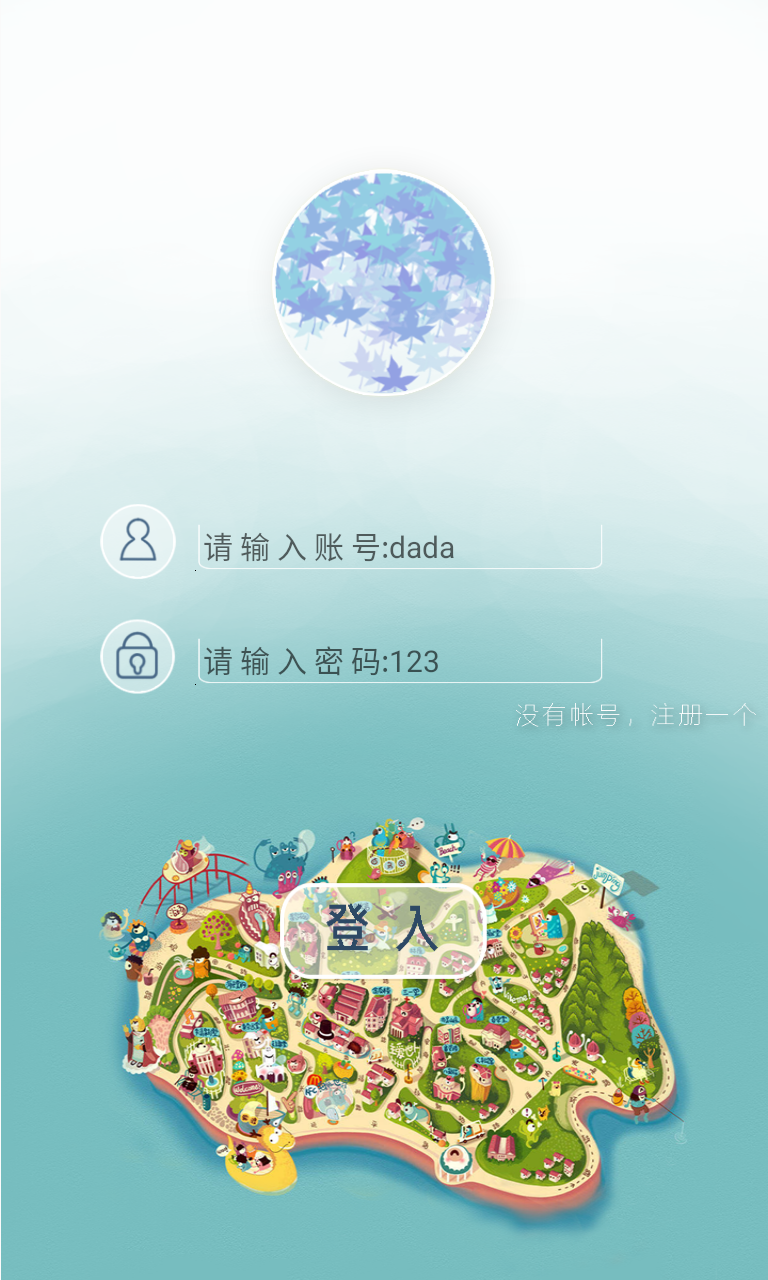
Repository: MinoyJet/Amoy
Layout: beta5/res/layout/login.xml
An editor plug-in stored every save of this project. The layout is shown before and after the next save, followed by the edit.
It is drawn on a 768 x 1280 px phone screen (xhdpi) without system bars, with theme AppTheme; the app's code is not run.

Above is the layout before, as saved 2015-04-24 01:09:05.

### beta5/res/layout/login.xml
<?xml version="1.0" encoding="utf-8"?>
<RelativeLayout xmlns:android="http://schemas.android.com/apk/res/android"
    android:layout_width="match_parent"
    android:layout_height="match_parent"
android:background="@drawable/beijing"
    android:gravity="center_horizontal"
    android:orientation="vertical" >

    <EditText
        android:id="@+id/login_passwd_edit"
        android:layout_width="207dp"
        android:layout_height="24.5dp"
         android:layout_alignParentTop="true"
        android:layout_alignParentLeft="true"
     android:layout_marginTop="318dp"
        android:layout_marginLeft="97.25dp"
        android:background="@drawable/hbkm"
        android:hint=" 请 输 入 密 码:123"
        android:password="true"
        android:singleLine="true"
        android:textColor="#000"
        android:textSize="15sp" />

    <EditText
        android:id="@+id/login_user_edit"
        android:layout_width="207dp"
        android:layout_height="24.5dp"
         android:layout_alignParentTop="true"
        android:layout_alignParentLeft="true"
     android:layout_marginTop="261dp"
        android:layout_marginLeft="97.25dp"
        android:background="@drawable/hbkm"
        android:hint=" 请 输 入 账 号:dada"

        android:singleLine="true"
        android:textColor="#000"
        android:textSize="15sp" />



    <Button
        android:id="@+id/login_login_btn"
        android:layout_width="105dp"
        android:layout_height="49.5dp"
    android:layout_alignParentBottom="true"
        android:layout_centerHorizontal="true"
   android:layout_marginBottom="149.5dp"
        android:background="@drawable/denglu"
        android:onClick="login_xinzou"
        android:textColor="#ffffff"
        android:textSize="18sp" />

    <ImageView
        android:id="@+id/imageView2"
        android:layout_width="40dp"
        android:layout_height="40dp"
        android:layout_alignParentLeft="true"
        android:layout_alignParentTop="true"
        android:layout_marginLeft="49dp"
        android:layout_marginTop="251dp"
        android:src="@drawable/zhanghao" />

    <ImageView
        android:id="@+id/imageView3"
        android:layout_width="40dp"
        android:layout_height="40dp"
        android:layout_alignParentLeft="true"
        android:layout_alignParentTop="true"
                android:layout_marginTop="308dp"

                android:layout_marginLeft="49dp"


        android:src="@drawable/mima" />

    <ImageView
        android:id="@+id/imageView1"
        android:layout_width="wrap_content"
        android:layout_height="wrap_content"
        android:layout_alignParentTop="true"
        android:layout_marginTop="70dp"
android:layout_centerHorizontal="true"
        android:src="@drawable/touxiang2" />

    <RelativeLayout
        android:id="@+id/relativeLayout1"
        android:layout_width="wrap_content"
        android:layout_height="wrap_content"
        android:layout_alignParentRight="true"
        android:layout_below="@+id/imageView3"
        android:layout_marginTop="15dp" >
    </RelativeLayout>

    <Button
        android:id="@+id/forget_passwd"
        android:layout_width="130dp"
        android:layout_height="21.6dp"
        android:layout_alignRight="@+id/relativeLayout1"
        android:layout_below="@+id/imageView3"
        android:background="@drawable/fd"
        android:onClick="login_register"
        android:textColor="#00f"
        android:textSize="16sp" />

</RelativeLayout>

### beta5/res/values/styles.xml
<resources>

    <!--
        Base application theme, dependent on API level. This theme is replaced
        by AppBaseTheme from res/values-vXX/styles.xml on newer devices.
    -->
    <style name="AppBaseTheme" parent="Theme.AppCompat.Light">
           <item name="android:windowIsTranslucent">true</item>
             <item name="android:windowNoTitle">true</item>
        <!--
            Theme customizations available in newer API levels can go in
            res/values-vXX/styles.xml, while customizations related to
            backward-compatibility can go here.
        -->
    </style>

    <!-- Application theme. -->
    <style name="AppTheme" parent="AppBaseTheme">
        <!-- All customizations that are NOT specific to a particular API-level can go here. -->
    </style>

</resources>

### beta5/res/values-v11/styles.xml
<resources>

    <!--
        Base application theme for API 11+. This theme completely replaces
        AppBaseTheme from res/values/styles.xml on API 11+ devices.
    -->
    <style name="AppBaseTheme" parent="Theme.AppCompat.Light">
           <item name="android:windowIsTranslucent">true</item>
             <item name="android:windowNoTitle">true</item>
        <!-- API 11 theme customizations can go here. -->
    </style>

</resources>

### beta5/res/values-v14/styles.xml
<resources>

    <!--
        Base application theme for API 14+. This theme completely replaces
        AppBaseTheme from BOTH res/values/styles.xml and
        res/values-v11/styles.xml on API 14+ devices.
    -->
    <style name="AppBaseTheme" parent="Theme.AppCompat.Light.DarkActionBar">
           <item name="android:windowIsTranslucent">true</item>
             <item name="android:windowNoTitle">true</item>
        <!-- API 14 theme customizations can go here. -->
    </style>

</resources>

After the next save:
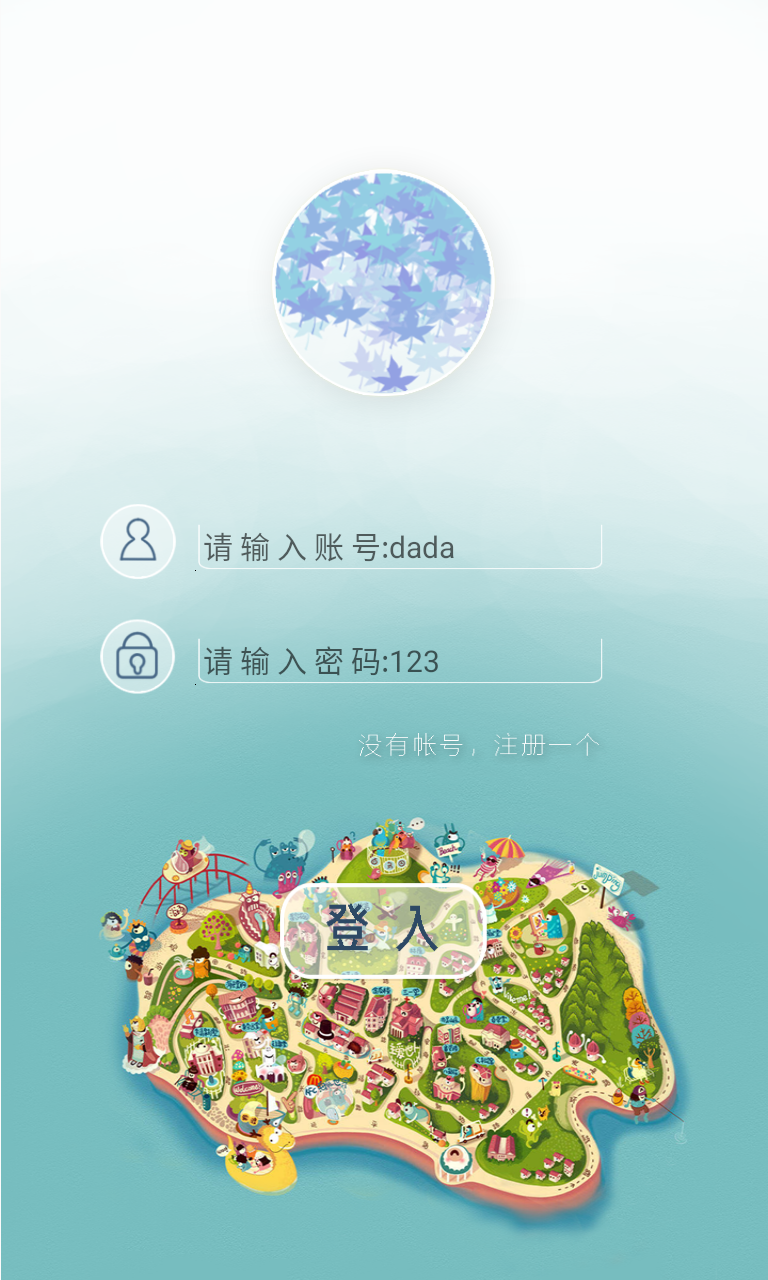
Saved 14 s later.
--- a/beta5/res/layout/login.xml
+++ b/beta5/res/layout/login.xml
@@ -95,8 +95,8 @@ android:layout_centerHorizontal="true"
         android:id="@+id/forget_passwd"
         android:layout_width="130dp"
         android:layout_height="21.6dp"
-        android:layout_alignRight="@+id/relativeLayout1"
-        android:layout_below="@+id/imageView3"
+        android:layout_alignRight="@+id/login_passwd_edit"
+        android:layout_alignTop="@+id/relativeLayout1"
         android:background="@drawable/fd"
         android:onClick="login_register"
         android:textColor="#00f"
